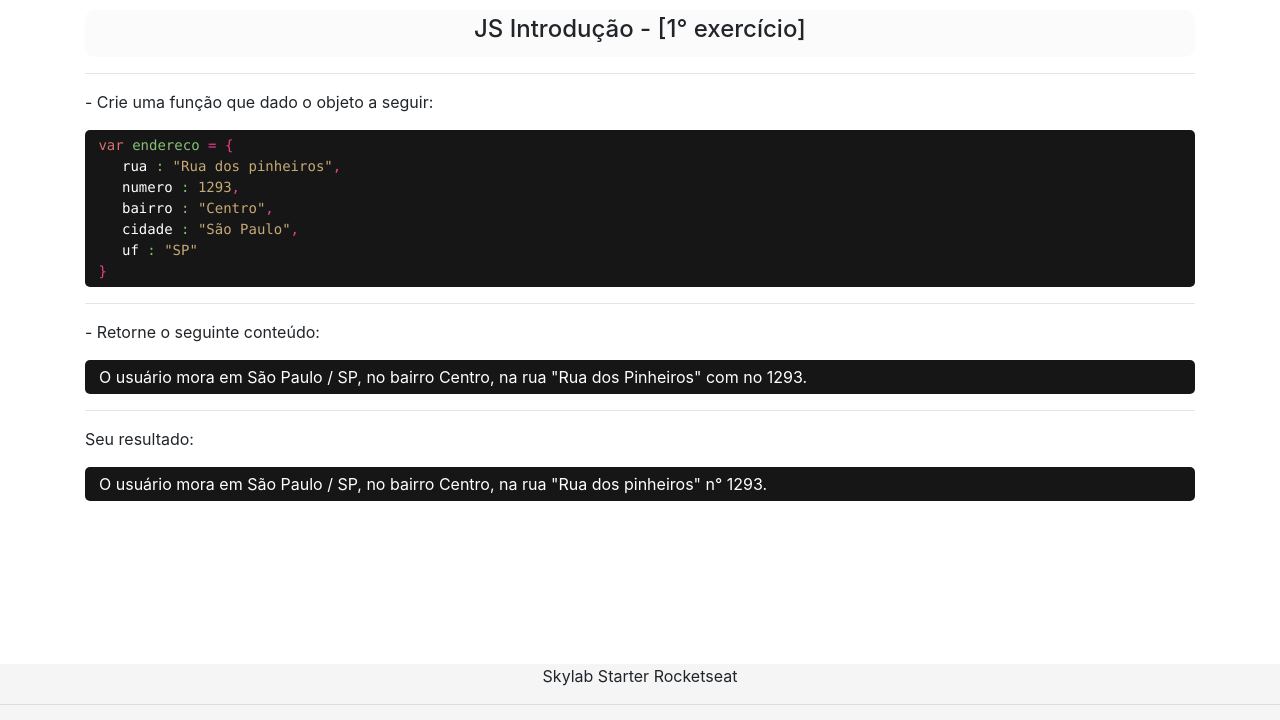
Repository: edsonjuniornarvaes/JS-Starter-Chalenge-Skylab
Page: introducao/exercicio-1/ex1.html
The author's editor kept a copy of each file at every save. The page is drawn from the files as they stood at one save, then again after a run of saves.
The browser window is 1280 px wide. The pictures show the whole page.

Above is the page before, as saved 2020-06-10 09:35:05.

### introducao/exercicio-1/ex1.html
<html>
    <header>
        <meta charset="utf-8">
        <link rel="stylesheet" type="text/css" href="../style.css">
        <link rel='stylesheet' href='https://cdnjs.cloudflare.com/ajax/libs/twitter-bootstrap/4.5.0/css/bootstrap.css'/>
    </header>
    <body id="myBody">
        <div class="container">
            <div class="title">
                <h4>JS Introdução - [1° exercício]</h4>
            </div>
            <hr>
            <p>- Crie uma função que dado o objeto a seguir:</p>

            <fieldset>
                <code>
                    <span class="var">&nbsp;var</span> <span class="nameObject">endereco</span> = { <br>
                        <span class="after enbsp">rua</span><span class="pontos"> : </span><span class="before">"Rua dos pinheiros"</span>, <br>
                        <span class="after enbsp">numero</span> <span class="pontos"> : </span> <span class="before">1293</span>, <br>
                        <span class="after enbsp">bairro</span><span class="pontos"> : </span><span class="before">"Centro"</span>, <br>
                        <span class="after enbsp">cidade</span><span class="pontos"> : </span><span class="before">"São Paulo"</span>, <br>
                        <span class="after enbsp">uf</span><span class="pontos"> : </span><span class="before">"SP"</span><br>
                    &nbsp;}
                </code>
            </fieldset>
            <hr>
            <p>- Retorne o seguinte conteúdo:</p>
            <fieldset>
                &nbsp;&nbsp;O usuário mora em São Paulo / SP, no bairro Centro, na rua "Rua dos Pinheiros" com
                no 1293.
            </fieldset>
            <hr>
            <p>Seu resultado:</p>
            <fieldset id="atv1">
                &nbsp;
            </fieldset>
        </div>
    </body>
    <footer>Skylab Starter Rocketseat</h4><hr></float>
    <script src="ex1.js"></script>
</html>

### introducao/style.css
fieldset {
    background-color: rgb(22, 22, 22);
    color: white;
    border-radius: 5px;
    padding: 5px!important;
    margin-bottom: 10px!important;
}

.dica {
    color: rgb(202, 25, 25);
}

.nameObject, .pontos {
    color: rgb(134, 192, 116);
}

.after, .txtCode {
    color: white;
}

.before {
    color: rgb(198, 170, 118);
}

.var {
    color: rgb(214, 114, 114);
}

.title {
    background: #dcdddd21;
    text-align: center;
    margin-top: 10px!important;
    padding: 5px;
    border-radius: 10px;
}

footer {
    text-align: center;
    background: #545b620f;
    width: 100%;
    height: 56px;
    position: absolute;
    bottom: 0px;
    left: 0;
}

button {
    margin-left: 5px!important;
}

.row {
    margin-bottom: 10px;
    margin-left: 0.1rem!important;
}

.enbsp {
    margin-left: 2rem;
}

### introducao/exercicio-1/ex1.js
(function () {
  let atv1 = document.getElementById("atv1");

  var endereco = {
    rua: "Rua dos pinheiros",
    numero: 1293,
    bairro: "Centro",
    cidade: "São Paulo",
    uf: "SP",
  };

  var insereTxt = document.createTextNode(
    `O usuário mora em ${endereco.cidade} / ${endereco.uf}, no bairro ${endereco.bairro}, na rua "${endereco.rua}" n° ${endereco.numero}.`
  );

  atv1.appendChild(insereTxt);
})();

After the next 2 saves:
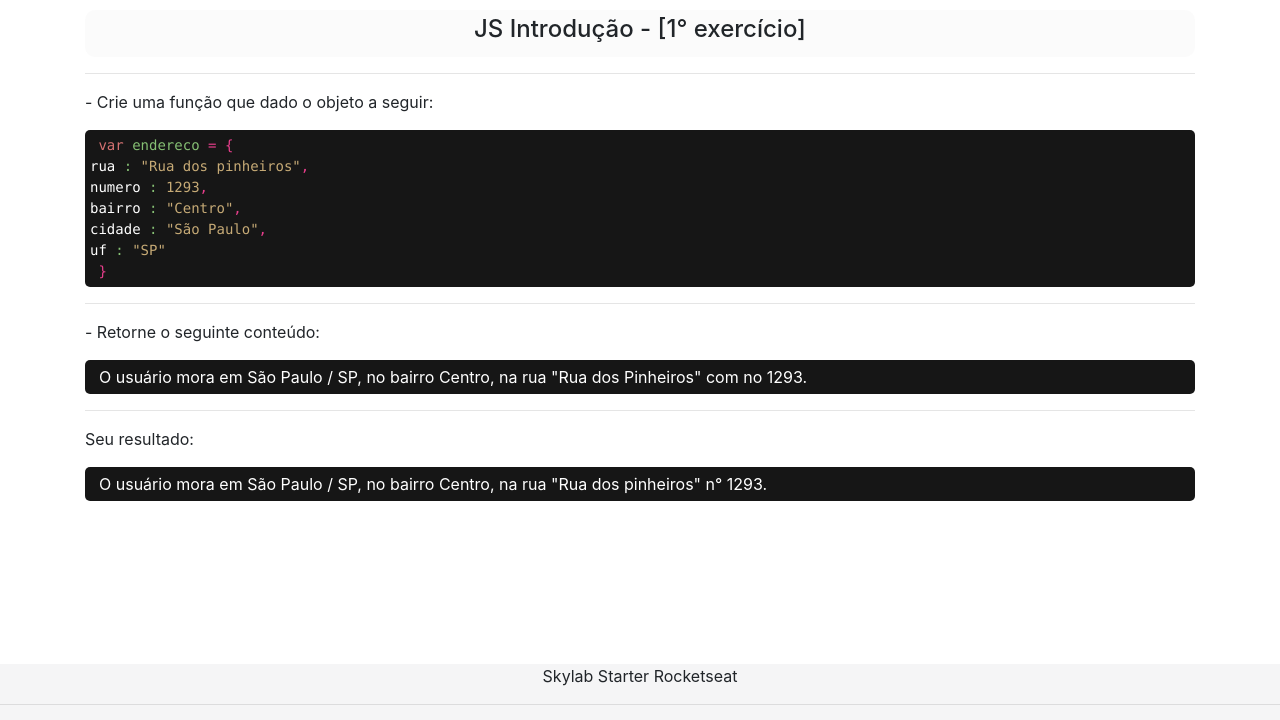
The 2 saves are shown as one change because they came seconds apart.
The last was saved 39 min 1 s later.
--- a/introducao/exercicio-1/ex1.html
+++ b/introducao/exercicio-1/ex1.html
@@ -15,11 +15,11 @@
             <fieldset>
                 <code>
                     <span class="var">&nbsp;var</span> <span class="nameObject">endereco</span> = { <br>
-                        <span class="after enbsp">rua</span><span class="pontos"> : </span><span class="before">"Rua dos pinheiros"</span>, <br>
-                        <span class="after enbsp">numero</span> <span class="pontos"> : </span> <span class="before">1293</span>, <br>
-                        <span class="after enbsp">bairro</span><span class="pontos"> : </span><span class="before">"Centro"</span>, <br>
-                        <span class="after enbsp">cidade</span><span class="pontos"> : </span><span class="before">"São Paulo"</span>, <br>
-                        <span class="after enbsp">uf</span><span class="pontos"> : </span><span class="before">"SP"</span><br>
+                        <span class="after aft">rua</span><span class="pontos"> : </span><span class="before">"Rua dos pinheiros"</span>, <br>
+                        <span class="after aft">numero</span> <span class="pontos"> : </span> <span class="before">1293</span>, <br>
+                        <span class="after aft">bairro</span><span class="pontos"> : </span><span class="before">"Centro"</span>, <br>
+                        <span class="after aft">cidade</span><span class="pontos"> : </span><span class="before">"São Paulo"</span>, <br>
+                        <span class="after aft">uf</span><span class="pontos"> : </span><span class="before">"SP"</span><br>
                     &nbsp;}
                 </code>
             </fieldset>
